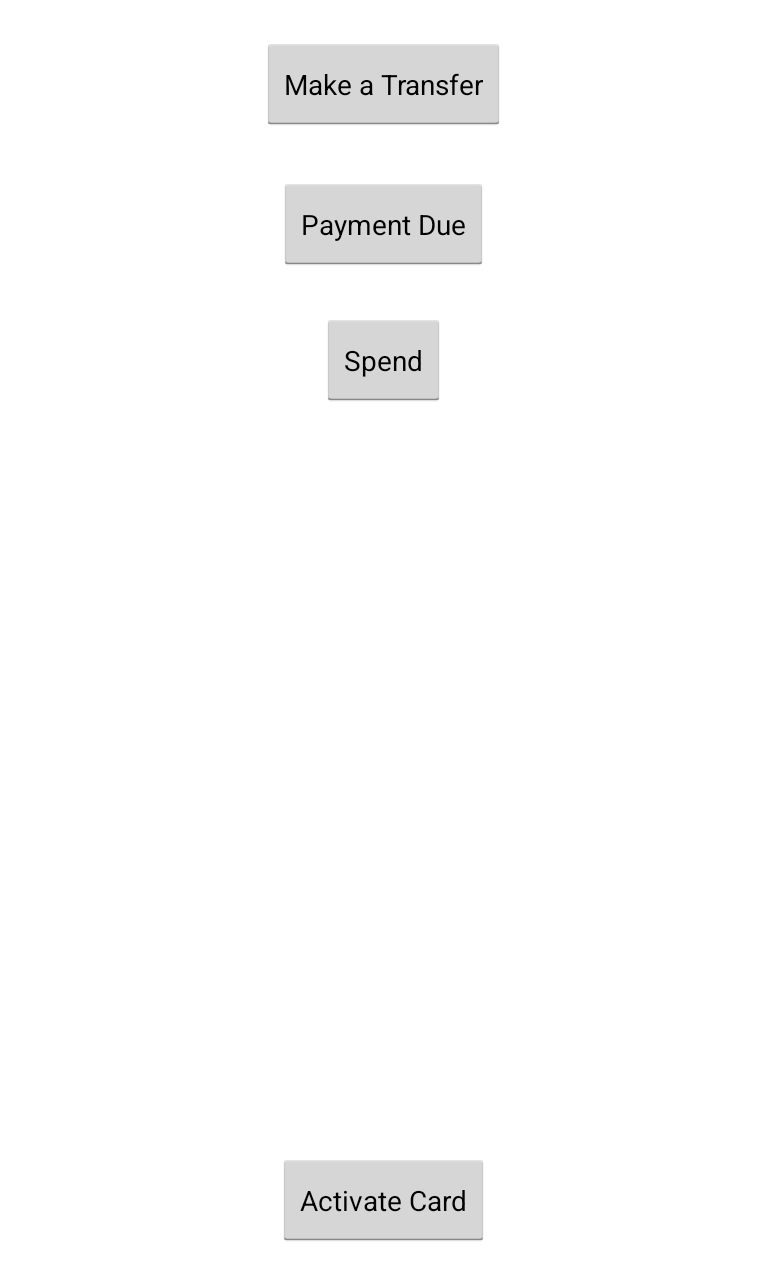
Repository: chaneyjd/android
Layout: amqtt/res/layout/activity_main.xml
An editor plug-in stored every save of this project. The layout is shown before and after the next save, followed by the edit.
It is drawn on a 768 x 1280 px phone screen (xhdpi) without system bars, with theme AppTheme; the app's code is not run.

Above is the layout before, as saved 2014-05-07 01:27:10.

### amqtt/res/layout/activity_main.xml
<RelativeLayout xmlns:android="http://schemas.android.com/apk/res/android"
    xmlns:tools="http://schemas.android.com/tools"
    android:layout_width="match_parent"
    android:layout_height="300dp"
    android:paddingLeft="@dimen/activity_horizontal_margin"
    tools:context=".MainActivity" >

    <Button
        android:id="@+id/buttonTransfer"
        style="?android:attr/buttonStyleSmall"
        android:layout_width="wrap_content"
        android:layout_height="wrap_content"
        android:layout_alignParentTop="true"
        android:layout_centerHorizontal="true"
        android:layout_marginTop="18dp"
        android:onClick="transfer"
        android:text="Make a Transfer" />

    <Button
        android:id="@+id/button2"
        style="?android:attr/buttonStyleSmall"
        android:layout_width="wrap_content"
        android:layout_height="wrap_content"
        android:layout_below="@+id/buttonTransfer"
        android:layout_centerHorizontal="true"
        android:layout_marginTop="22dp"
        android:onClick="paymentdue"
        android:text="Payment Due" />

    <Button
        android:id="@+id/button1"
        style="?android:attr/buttonStyleSmall"
        android:layout_width="wrap_content"
        android:layout_height="wrap_content"
        android:layout_below="@+id/button2"
        android:layout_centerHorizontal="true"
        android:layout_marginTop="20dp"
        android:onClick="spend"
        android:text="Spend" />

    <Button
        android:id="@+id/button3"
        style="?android:attr/buttonStyleSmall"
        android:layout_width="wrap_content"
        android:layout_height="wrap_content"
        android:layout_alignParentBottom="true"
        android:layout_centerHorizontal="true"
        android:layout_marginBottom="16dp"
        android:onClick="activatecard1"
        android:text="Activate Card" />

</RelativeLayout>

Loaded but not shown: amqtt/res/values/styles.xml (common file); amqtt/res/values-v11/styles.xml (common file); amqtt/res/values-v14/styles.xml (common file); amqtt/res/values/dimens.xml (common file)

After the next save:
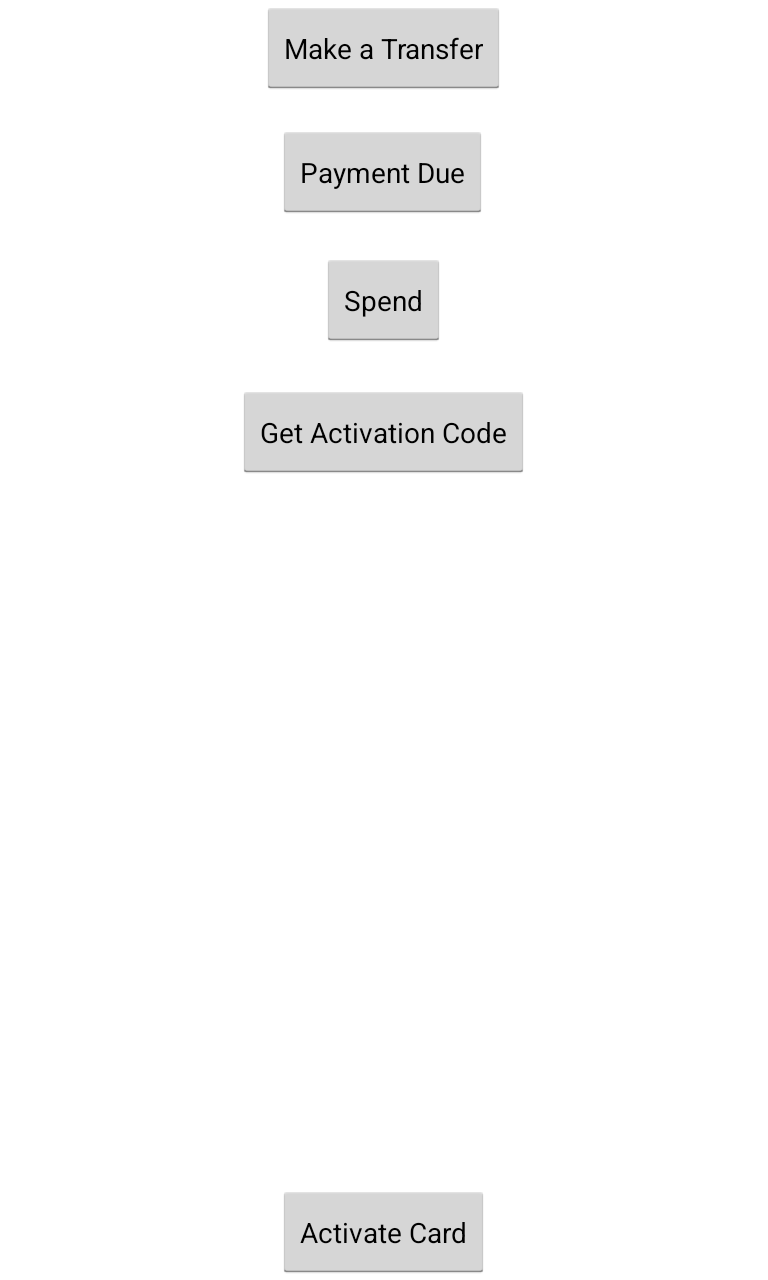
Saved 3 min 50 s later.
--- a/amqtt/res/layout/activity_main.xml
+++ b/amqtt/res/layout/activity_main.xml
@@ -6,13 +6,44 @@
     tools:context=".MainActivity" >
 
     <Button
+        android:id="@+id/button1"
+        style="?android:attr/buttonStyleSmall"
+        android:layout_width="wrap_content"
+        android:layout_height="wrap_content"
+        android:layout_below="@+id/button2"
+        android:layout_centerHorizontal="true"
+        android:layout_marginTop="16dp"
+        android:onClick="spend"
+        android:text="Spend" />
+
+    <Button
+        android:id="@+id/button3"
+        style="?android:attr/buttonStyleSmall"
+        android:layout_width="wrap_content"
+        android:layout_height="wrap_content"
+        android:layout_below="@+id/button1"
+        android:layout_centerHorizontal="true"
+        android:layout_marginTop="18dp"
+        android:onClick="activatecard1"
+        android:text="Get Activation Code" />
+
+    <Button
+        android:id="@+id/button4"
+        style="?android:attr/buttonStyleSmall"
+        android:layout_width="wrap_content"
+        android:layout_height="wrap_content"
+        android:layout_alignParentBottom="true"
+        android:layout_centerHorizontal="true"
+        android:onClick="activatecard2"
+        android:text="Activate Card" />
+
+    <Button
         android:id="@+id/buttonTransfer"
         style="?android:attr/buttonStyleSmall"
         android:layout_width="wrap_content"
         android:layout_height="wrap_content"
         android:layout_alignParentTop="true"
         android:layout_centerHorizontal="true"
-        android:layout_marginTop="18dp"
         android:onClick="transfer"
         android:text="Make a Transfer" />
 
@@ -21,32 +52,10 @@
         style="?android:attr/buttonStyleSmall"
         android:layout_width="wrap_content"
         android:layout_height="wrap_content"
+        android:layout_alignLeft="@+id/button4"
         android:layout_below="@+id/buttonTransfer"
-        android:layout_centerHorizontal="true"
-        android:layout_marginTop="22dp"
+        android:layout_marginTop="14dp"
         android:onClick="paymentdue"
         android:text="Payment Due" />
 
-    <Button
-        android:id="@+id/button1"
-        style="?android:attr/buttonStyleSmall"
-        android:layout_width="wrap_content"
-        android:layout_height="wrap_content"
-        android:layout_below="@+id/button2"
-        android:layout_centerHorizontal="true"
-        android:layout_marginTop="20dp"
-        android:onClick="spend"
-        android:text="Spend" />
-
-    <Button
-        android:id="@+id/button3"
-        style="?android:attr/buttonStyleSmall"
-        android:layout_width="wrap_content"
-        android:layout_height="wrap_content"
-        android:layout_alignParentBottom="true"
-        android:layout_centerHorizontal="true"
-        android:layout_marginBottom="16dp"
-        android:onClick="activatecard1"
-        android:text="Activate Card" />
-
 </RelativeLayout>
